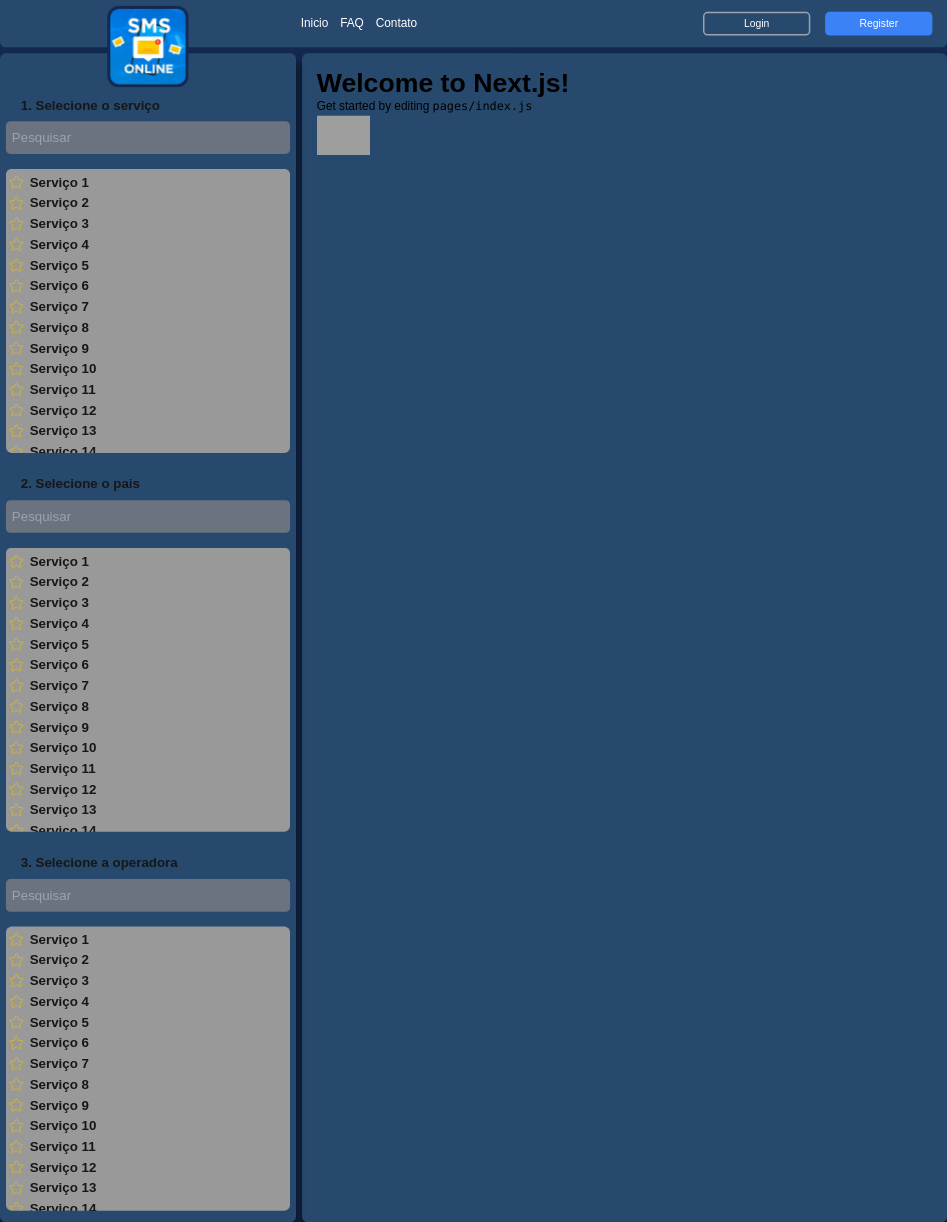
Repository: Felipe-Henrique-Dev/-DIOGO-SMS
Page: /
The author's editor kept a copy of each file at every save. The page is drawn from the files as they stood at one save, then again after the next save.
The browser window is 1280 px wide. The pictures show the whole page, at 74% of full size.
Pictures or frames that could not be fetched are drawn as grey boxes. The project was rebuilt for these pictures with package versions that can differ from the ones it lists, and the page was loaded fresh each time. The framework's server and built-in components were replaced by stand-ins that run in the browser. Also part of the build but not shown: next.config.ts.

Above is the page before, as saved 2024-12-16 22:34:01.

### src/app/layout.tsx
import type { Metadata } from "next";
import "./globals.css";
import Header from "@/components/main/Header";
import Main from "@/components/main/Main";
import WebApp from "@/components/main/WebApp";



export const metadata: Metadata = {
  title: "Create Next App",
  description: "Generated by create next app",
};

export default function RootLayout({
  children,
}: Readonly<{
  children: React.ReactNode;
}>) {
  return (
    <html lang="pt-br">
      <body className={`antialiased`}>
        <Header />
        <Main>
          <WebApp />
          {children}
        </Main>
      </body>
    </html>
  );
}

### src/app/page.tsx
import Section from "@/components/main/Section";
import Image from "next/image";

export default function Home() {
  return (
    <Section>
      <h1 className="text-4xl font-bold text-center">Welcome to Next.js!</h1>
      <p className="text-center">
        Get started by editing <code>pages/index.js</code>
      </p>
      <Image
        src="/vercel.svg"
        alt="Vercel Logo"
        width={72}
        height={16}
      />
    </Section>
  );
}

### src/app/globals.css
@tailwind base;
@tailwind components;
@tailwind utilities;

:root {
  --background: hsl(220, 60%, 20%);
  --background-secondary: hsl(211, 47%, 29%);
  --tertiary: hsl(0, 0%, 60%);
  --primary_text: hsl(0, 0%, 100%);
  --foreground: #171717;
  --color-primary: #000;
  --color-secondary: hsl(208, 98%, 43%);
}


body {
  color: var(--foreground);
  background: var(--background);
  font-family: Arial, Helvetica, sans-serif;
}

::-webkit-scrollbar {
  width: 8px;
  height: 10px;
}

::-webkit-scrollbar-track {
  background-color: var(--background);
}

::-webkit-scrollbar-thumb {
  background: var(--color-secondary);
  border-radius: 10px;
}

::-webkit-scrollbar-thumb:hover {
  background-color: var(--color-highlight-hover);
}

### src/components/main/Header.tsx
import React from "react";
import { Button } from "./Button";


export default function Header() {
  return (
    <header className="h-16 bg-background_secondary max-w-screen-2xl m-auto top-0 items-center justify-between  flex rounded-b-lg px-5 z-[99] ">
        <span className="text-white text-lg font-bold"></span>
        <nav className="flex gap-4">
            <a href="#" className="text-white">Inicio</a>
            <a href="#" className="text-white">FAQ</a>
            <a href="#" className="text-white">Contato</a>
        </nav>
        <div className="container flex justify-between items-center w-1/4 gap-5">
            <Button type="button" size="sm" className="text-white" isLoading={false} bgColor="none">Login</Button>
            <Button type="button" size="sm" className="text-white" isLoading={false} bgColor="primary">
                Register
            </Button>
        </div>
    </header>
  );
}

### src/components/main/Main.tsx
import React from "react";

export default function Main({
  children,
}: Readonly<{
  children: React.ReactNode;
}>) {
  return (
    <main className="container max-w-screen-2xl mx-auto flex pt-2 gap-2 ">
      {children}
    </main>
  );
}

### src/components/main/WebApp.tsx
'use client'
import React from "react";
import { Input } from "./Input";
import { useForm } from "react-hook-form"
import Image from "next/image";
export default function WebApp() {
  const [selectService, setSelectService] = React.useState<{ title: string; valor: number; numberDispobilize: number; id: string } | null>(null);
  const [selectCountry, setSelectCountry] = React.useState<{ title: string; valor: number; numberDispobilize: number; id: string } | null>(null);
  const [selectOperator, setSelectOperator] = React.useState<{ title: string; valor: number; numberDispobilize: number; id: string } | null>(null);

  return (
    <aside className="min-w-[25rem] min-h-[90svh] shadow-lg shadow-black bg-background_secondary text-pri sticky left-0 top-[4.5rem] rounded-lg flex flex-col p-2 gap-5  pt-14 z-[999]">
      <Image src="/logo.webp" alt="Logo" width={110} height={110} className="rounded-2xl absolute -top-16 transform -translate-x-1/2 left-1/2 z-[99] border-4 border-background " />
      <Container subTitle="1. Selecione o serviço" list={list} select={selectService} setSelect={setSelectService} />
      <Container subTitle="2. Selecione o pais" list={list} select={selectCountry} setSelect={setSelectCountry} />
      <Container subTitle="3. Selecione a operadora" list={list} select={selectOperator} setSelect={setSelectOperator} />
    </aside>
  );
}


const Container = ({
  list,
  subTitle,
  select,
  setSelect
}: {
  subTitle: string;
  select?: { title: string; valor: number; numberDispobilize: number; id: string } | null;
  setSelect: React.Dispatch<React.SetStateAction<{ title: string; valor: number; numberDispobilize: number; id: string } | null>>;
  list: { title: string; valor: number; numberDispobilize: number; id: string }[];
}) => {
  const { register, watch } = useForm();
  const filter = (watch("filter") || "").toLowerCase();
  const [favorites, setFavorites] = React.useState<string[]>([]);
  const [loading, setLoading] = React.useState<boolean>(true);

  React.useEffect(() => {
    const storedFavorites = JSON.parse(localStorage.getItem("favorites") || "[]");
    setFavorites(storedFavorites);
    setLoading(false);
  }, []);

  const setFavoriteInStorage = (item: string) => {
    const newFavorites = favorites.includes(item)
      ? favorites.filter(favorite => favorite !== item)
      : [...favorites, item];

    setFavorites(newFavorites);
    localStorage.setItem("favorites", JSON.stringify(newFavorites));
  };

  // Primeiro filtrar e ordenar a lista antes do map
  const filteredAndSortedList = React.useMemo(() => {
    return list
      .filter(item => item.title.toLowerCase().includes(filter))
      .sort((a, b) => {
        const aFav = favorites.includes(a.id);
        const bFav = favorites.includes(b.id);
        if (aFav && !bFav) return -1;
        if (!aFav && bFav) return 1;
        return 0;
      });
  }, [list, filter, favorites]);

  if (loading) return <div>Carregando...</div>;

  return (
    <div className="flex flex-col gap-2  ">
      <span className="text-lg font-bold w-full text-start px-5">{subTitle}</span>
      {
        select ?
          <div className="flex w-full bg-slate-300 rounded-lg h-10 items-center justify-start px-5 gap-5 ">
            <button onClick={() => setSelect(null)} className="flex items-center justify-center gap-2 h-8 min-w-8 rounded-xl border-red-500 border-[1px] text-black">X</button>
            <span className="text-lg font-bold min-w-8 h-8 rounded-full text-center bg-white ">I</span>
            <span className="text-lg font-bold w-auto text-center">{select.title}</span>
          </div>
        :
        <>
          <Input type="text" placeholder="Pesquisar" size="lg" register={register("filter")} />
          <div className="h-96 bg-tertiary w-full my-2 overflow-x-auto scroll-smooth rounded-lg p-1 ">
            {filteredAndSortedList.map((item) => (
              <div className="w-full flex items-center justify-start gap-2" key={item.id}>
                <Stars
                  stars={favorites.includes(item.id)}
                  setFavorite={() => setFavoriteInStorage(item.id)}
                />
                <button className="flex flex-col" onClick={() => setSelect(item)}>
                  <span className="text-lg font-bold w-full text-center">{item.title}</span>
                </button>
              </div>
            ))}
          </div>
        </>
      }
    </div>
  );
};



const list = [
  {
    id: "1",
    title: "Serviço 1",
    valor: 10.00,
    numberDispobilize: 6000,
  },
  {
    id: "2",
    title: "Serviço 2",
    valor: 20.00,
    numberDispobilize: 5000,
  },
  {
    id: "3",
    title: "Serviço 3",
    valor: 30.00,
    numberDispobilize: 4000,
  },
  {
    id: "4",
    title: "Serviço 4",
    valor: 40.00,
    numberDispobilize: 3000,
  },
  {
    id: "5",
    title: "Serviço 5",
    valor: 50.00,
    numberDispobilize: 2000,
  },
  {
    id: "6",
    title: "Serviço 6",
    valor: 60.00,
    numberDispobilize: 1000,
  },
  {
    id: "7",
    title: "Serviço 7",
    valor: 70.00,
    numberDispobilize: 900,
  },
  {
    id: "8",
    title: "Serviço 8",
    valor: 80.00,
    numberDispobilize: 800,
  },
  {
    id: "9",
    title: "Serviço 9",
    valor: 90.00,
    numberDispobilize: 700,
  },
  {
    id: "10",
    title: "Serviço 10",
    valor: 100.00,
    numberDispobilize: 600,
  },
  {
    id: "11",
    title: "Serviço 11",
    valor: 110.00,
    numberDispobilize: 500,
  },
  {
    id: "12",
    title: "Serviço 12",
    valor: 120.00,
    numberDispobilize: 400,
  },
  {
    id: "13",
    title: "Serviço 13",
    valor: 130.00,
    numberDispobilize: 300,
  },
  {
    id: "14",
    title: "Serviço 14",
    valor: 140.00,
    numberDispobilize: 200,
  },
  {
    id: "15",
    title: "Serviço 15",
    valor: 150.00,
    numberDispobilize: 100,
  }
];

const Stars = ({stars, setFavorite} : {stars: boolean, setFavorite: () => void}) => {
  return (
      <>
          {
              !stars?
              <svg width="20" height="20" viewBox="0 0 13 12" fill="none" xmlns="http://www.w3.org/2000/svg" onClick={setFavorite} className="cursor-pointer" >
                  <path d="M6.49956 9.51326L9.26623 11.1866C9.77289 11.4933 10.3929 11.0399 10.2596 10.4666L9.52623 7.31992L11.9729 5.19993C12.4196 4.81326 12.1796 4.07993 11.5929 4.03326L8.37289 3.75993L7.11289 0.786592C6.88623 0.246592 6.11289 0.246592 5.88623 0.786592L4.62623 3.75326L1.40623 4.02659C0.81956 4.07326 0.57956 4.80659 1.02623 5.19326L3.47289 7.31326L2.73956 10.4599C2.60623 11.0333 3.22623 11.4866 3.73289 11.1799L6.49956 9.51326Z" fill="none" stroke="#EFC900" strokeWidth="0.5"/>
              </svg>
              :
              <svg width="20" height="20" viewBox="0 0 13 12" fill="none" xmlns="http://www.w3.org/2000/svg" onClick={setFavorite} className="cursor-pointer">
                  <path d="M6.49956 9.51326L9.26623 11.1866C9.77289 11.4933 10.3929 11.0399 10.2596 10.4666L9.52623 7.31992L11.9729 5.19993C12.4196 4.81326 12.1796 4.07993 11.5929 4.03326L8.37289 3.75993L7.11289 0.786592C6.88623 0.246592 6.11289 0.246592 5.88623 0.786592L4.62623 3.75326L1.40623 4.02659C0.81956 4.07326 0.57956 4.80659 1.02623 5.19326L3.47289 7.31326L2.73956 10.4599C2.60623 11.0333 3.22623 11.4866 3.73289 11.1799L6.49956 9.51326Z" fill="#EFC900"/>
              </svg>
          }
      </>
  );
}

### src/components/main/Section.tsx
import { cn } from "@/lib/utils";
import React from "react";

export default function Section({
  children,
  className
}: Readonly<{
  children: React.ReactNode;
  className?: string;
}>) {
  return (
    <section className={cn(
      "p-5 flex flex-col min-h-[90svh] bg-background_secondary w-full text-black items-start justify-start rounded-lg shadow-lg shadow-black",
      className
    )}>
      {children}
    </section>
  );
}

### src/components/main/Button.tsx
/* eslint-disable @typescript-eslint/no-explicit-any */
import { cn } from "@/lib/utils";
import React from "react";

export const Button = ({
    className,
    size = "md",
    onClick,
    children,
    type,
    isLoading,
    bgColor = "primary",
}:{
    type: 'button' | 'submit' | 'reset';
    onClick?: (event: React.MouseEvent<HTMLButtonElement>) => void;
    className?: string;
    children: React.ReactNode;
    size?: "sm" | "md" | "lg";
    isLoading: boolean;
    bgColor?: "primary" | "secondary" | "danger" | "none";
}) => {

    const sizes = {
        sm: "w-1/2 h-8 text-sm",
        md: "w-3/4 h-10 text-base",
        lg: "w-full h-14 text-lg",
    };

    const bgColors = {
        primary: "bg-blue-500 text-white",
        secondary: "bg-gray-500 text-white",
        danger: "bg-red-500 text-white",
        none: "bg-transparent text-black border-gray-400 border-2 "
    };

    return (
        <button
            type={type}
            onClick={onClick}
            className={cn(
                "p-2 rounded-md relative flex items-center justify-center",
                bgColors[bgColor],
                sizes[size],
                className
            )}
            disabled={isLoading}
        >
            {
                isLoading ? loading() : children
            }
        </button>
    );
}


const loading = () => {
    return (
        <div className="absolute inset-0 bg-gray-300 bg-opacity-50 flex items-center justify-center">
            <div className="animate-spin rounded-full h-12 w-12 border-t-2 border-b-2 border-gray-900"></div>
        </div>
    );
}

### src/components/main/Input.tsx
/* eslint-disable @typescript-eslint/no-unused-vars */
/* eslint-disable @typescript-eslint/no-explicit-any */
import { cn } from "@/lib/utils";
import React from "react";

export const Input = ({
    type,
    placeholder,
    classNameSpan,
    classNameLabel,
    classNameInput,
    label,
    size = "md",
    icon,
    register,
    bgColor = "secondary",
    labelIsHidden = false,
    name
}:{
    type: 'text' | 'password' | 'email';
    placeholder: string;
    classNameSpan?: string;
    classNameLabel?: string;
    classNameInput?: string;
    size?: "sm" | "md" | "lg";
    icon?: React.ReactNode;
    register?: any;
    label?: string;
    bgColor?: "primary" | "secondary" | "danger" | "none";
    labelIsHidden?: boolean;
    name?: string;
}) => {

    const sizes = {
        sm: "w-1/2 h-8 text-sm",
        md: "w-3/4 h-10 text-base",
        lg: "w-full h-12 text-lg",
    };

    const bgColors = {
        primary: "bg-blue-500 text-white",
        secondary: "bg-gray-500 text-white",
        danger: "bg-red-500 text-white",
        none: "bg-transparent text-black border-gray-300 border-2"
    };


    return (
        <span className={cn(
                "relative flex flex-col",
                sizes[size],
                classNameSpan,
        )}>
            {
                labelIsHidden &&
                <label className={cn(
                    classNameLabel
                )} >
                    {label}
                </label>
            }
            <input
                type={type}
                placeholder={placeholder}
                {...register}
                className={cn(
                    "p-2 rounded-md relative w-full",
                    classNameInput,
                    bgColors[bgColor]
                )}
            />
            {icon}
        </span>

    );
}

### tailwind.config.ts
import type { Config } from "tailwindcss";

export default {
  content: [
    "./src/pages/**/*.{js,ts,jsx,tsx,mdx}",
    "./src/components/**/*.{js,ts,jsx,tsx,mdx}",
    "./src/app/**/*.{js,ts,jsx,tsx,mdx}",
  ],
  theme: {
    extend: {
      colors: {
        background: "var(--background)",
        foreground: "var(--foreground)",
        background_secondary: "var(--background-secondary)",
        primary: "var(--primary)",
        tertiary: "var(--tertiary)",

      },
      background : {
        background: "var(--background)",
        background_secondary: "var(--background-secondary)",
        foreground: "var(--foreground)",
      },
    },
  },
  plugins: [],
} satisfies Config;

Loaded but not shown: src/lib/utils.ts (common file)

After the next save:
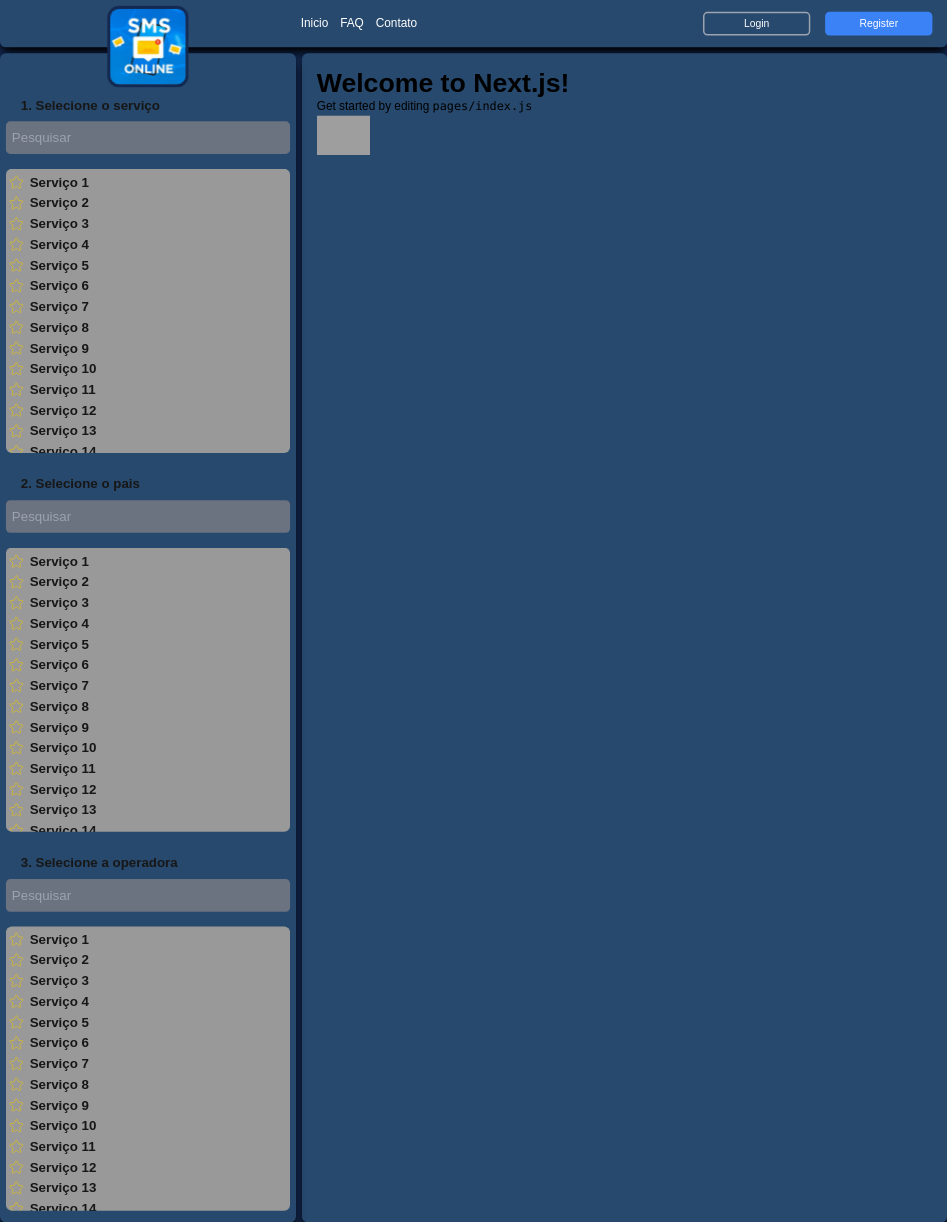
Saved 7 s later.
--- a/src/components/main/Header.tsx
+++ b/src/components/main/Header.tsx
@@ -4,7 +4,7 @@ import { Button } from "./Button";
 
 export default function Header() {
   return (
-    <header className="h-16 bg-background_secondary max-w-screen-2xl m-auto top-0 items-center justify-between  flex rounded-b-lg px-5 z-[99] ">
+    <header className="h-16 bg-background_secondary shadow-lg shadow-black max-w-screen-2xl m-auto top-0 items-center justify-between  flex rounded-b-lg px-5 z-[99] ">
         <span className="text-white text-lg font-bold"></span>
         <nav className="flex gap-4">
             <a href="#" className="text-white">Inicio</a>
